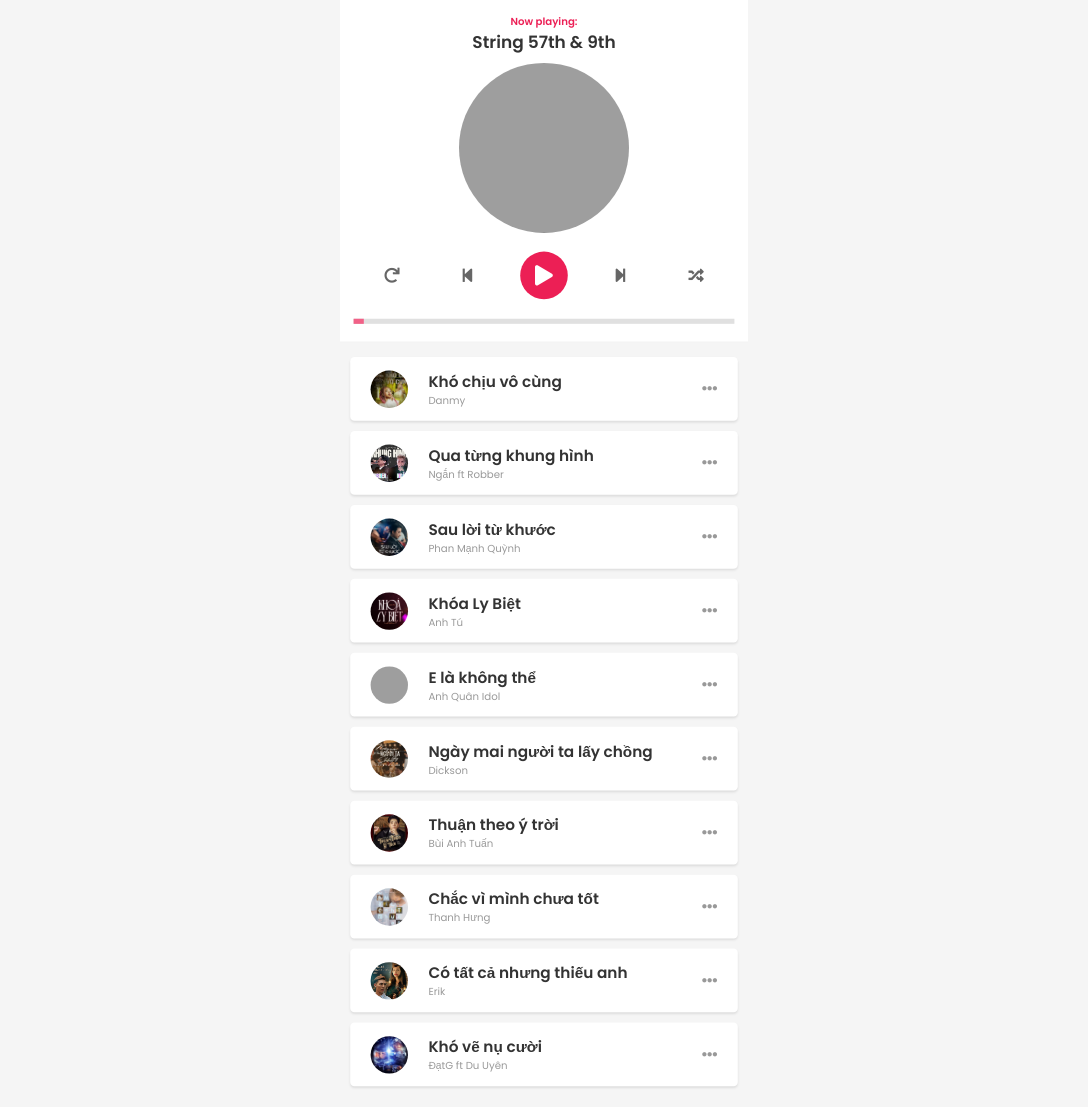
Repository: vothanhdiennn/music-player
Page: index.html
The author's editor kept a copy of each file at every save. The page is drawn from the files as they stood at one save, then again after the next save.
The browser window is 1280 px wide. The pictures show the whole page, at 85% of full size.
Pictures or frames that could not be fetched are drawn as grey boxes.

Above is the page before, as saved 2024-12-04 10:25:28.

### index.html
<!DOCTYPE html>
<html lang="en">
  <head>
    <meta charset="UTF-8" />
    <meta name="viewport" content="width=device-width, initial-scale=1.0" />
    <title>Music Player</title>
    <link rel="stylesheet" href="./assets/css/main.css" />
    <link
      rel="stylesheet"
      href="https://cdnjs.cloudflare.com/ajax/libs/font-awesome/5.15.2/css/all.min.css"
      integrity="sha512-HK5fgLBL+xu6dm/Ii3z4xhlSUyZgTT9tuc/hSrtw6uzJOvgRr2a9jyxxT1ely+B+xFAmJKVSTbpM/CuL7qxO8w=="
      crossorigin="anonymous"
    />
    <link rel="preconnect" href="https://fonts.gstatic.com" />
    <link
      href="https://fonts.googleapis.com/css2?family=Poppins:wght@300;400;600&display=swap"
      rel="stylesheet"
    />
  </head>
  <body>
    <div class="player">
      <!-- Dashboard -->
      <div class="dashboard">
        <!-- Header -->
        <header>
          <h4>Now playing:</h4>
          <h2>String 57th & 9th</h2>
        </header>

        <!-- CD -->
        <div class="cd">
          <div
            class="cd-thumb"
            style="
              background-image: url('https://i.ytimg.com/vi/jTLhQf5KJSc/maxresdefault.jpg');
            "
          ></div>
        </div>

        <!-- Control -->
        <div class="control">
          <div class="btn btn-repeat">
            <i class="fas fa-redo"></i>
          </div>
          <div class="btn btn-prev">
            <i class="fas fa-step-backward"></i>
          </div>
          <div class="btn btn-toggle-play">
            <i class="fas fa-pause icon-pause"></i>
            <i class="fas fa-play icon-play"></i>
          </div>
          <div class="btn btn-next">
            <i class="fas fa-step-forward"></i>
          </div>
          <div class="btn btn-random">
            <i class="fas fa-random"></i>
          </div>
        </div>

        <input
          id="progress"
          class="progress"
          type="range"
          value="0"
          step="1"
          min="0"
          max="100"
        />

        <audio id="audio" src=""></audio>
      </div>

      <!-- Playlist -->
      <div class="playlist"></div>
    </div>

    <!-- Design from: https://static.collectui.com/shots/3671744/musicloud-revolutionary-app-for-music-streaming-large -->

    <script src="./assets/js/app.js"></script>
  </body>
</html>

### assets/css/main.css
:root {
  --primary-color: #ec1f55;
  --text-color: #333;
}

* {
  padding: 0;
  margin: 0;
  box-sizing: inherit;
}

body {
  background-color: #f5f5f5;
}

html {
  box-sizing: border-box;
  font-family: "Poppins", sans-serif;
}

.player {
  position: relative;
  max-width: 480px;
  margin: 0 auto;
}

.player .icon-pause {
  display: none;
}

.player.playing .icon-pause {
  display: inline-block;
}

.player.playing .icon-play {
  display: none;
}

.dashboard {
  padding: 16px 16px 14px;
  background-color: #fff;
  position: fixed;
  top: 0;
  width: 100%;
  max-width: 480px;
  border-bottom: 1px solid #ebebeb;
}

/* HEADER */
header {
  text-align: center;
  margin-bottom: 10px;
}

header h4 {
  color: var(--primary-color);
  font-size: 12px;
}

header h2 {
  color: var(--text-color);
  font-size: 20px;
}

/* CD */
.cd {
  display: flex;
  margin: auto;
  width: 200px;
}

.cd-thumb {
  width: 100%;
  padding-top: 100%;
  border-radius: 50%;
  background-color: #333;
  background-size: cover;
  margin: auto;
}

/* CONTROL */
.control {
  display: flex;
  align-items: center;
  justify-content: space-around;
  padding: 18px 0 8px 0;
}

.control .btn {
  color: #666;
  padding: 18px;
  font-size: 18px;
}

.control .btn.active {
  color: var(--primary-color);
}

.control .btn-toggle-play {
  width: 56px;
  height: 56px;
  border-radius: 50%;
  font-size: 24px;
  color: #fff;
  display: flex;
  align-items: center;
  justify-content: center;
  background-color: var(--primary-color);
}

.progress {
  width: 100%;
  -webkit-appearance: none;
  height: 6px;
  background: #d3d3d3;
  outline: none;
  opacity: 0.7;
  -webkit-transition: 0.2s;
  transition: opacity 0.2s;
}

.progress::-webkit-slider-thumb {
  -webkit-appearance: none;
  appearance: none;
  width: 12px;
  height: 6px;
  background-color: var(--primary-color);
  cursor: pointer;
}

/* PLAYLIST */
.playlist {
  margin-top: 408px;
  padding: 12px;
}

.song {
  display: flex;
  align-items: center;
  margin-bottom: 12px;
  background-color: #fff;
  padding: 8px 16px;
  border-radius: 5px;
  box-shadow: 0 2px 3px rgba(0, 0, 0, 0.1);
}

.song.active {
  background-color: var(--primary-color);
}

.song:active {
  opacity: 0.8;
}

.song.active .option,
.song.active .author,
.song.active .title {
  color: #fff;
}

.song .thumb {
  width: 44px;
  height: 44px;
  border-radius: 50%;
  background-size: cover;
  margin: 0 8px;
}

.song .body {
  flex: 1;
  padding: 0 16px;
}

.song .title {
  font-size: 18px;
  color: var(--text-color);
}

.song .author {
  font-size: 12px;
  color: #999;
}

.song .option {
  padding: 16px 8px;
  color: #999;
  font-size: 18px;
}

### assets/js/app.js
/**
 * render songs
 * scroll top
 * play / pause / seek
 * cd rotate
 * next / prev
 * random
 * next / repeat when ended
 * active songs
 * scroll active song into view
 * play song when click
 */

const $ = document.querySelector.bind(document);
const $$ = document.querySelectorAll.bind(document);

const app = {
  currentIndex: 0,

  songs: [
    {
      name: "Khó chịu vô cùng",
      singer: "Danmy",
      path: "/assets/music/song1.mp3",
      image: "/assets/img/img1.png",
    },
    {
      name: "Qua từng khung hình",
      singer: "Ngắn ft Robber",
      path: "/assets/music/song2.mp3",
      image: "/assets/img/img2.png",
    },
    {
      name: "Sau lời từ khước",
      singer: "Phan Mạnh Quỳnh",
      path: "/assets/music/song3.mp3",
      image: "/assets/img/img3.jpg",
    },
    {
      name: "Khóa Ly Biệt",
      singer: "Anh Tú",
      path: "/assets/music/song4.mp3",
      image: "/assets/img/img4.jpg",
    },
    {
      name: "E là không thể",
      singer: "Anh Quân Idol",
      path: "/assets/music/song5.mp3",
      image: "/assets/img/img5.jpg",
    },
    {
      name: "Ngày mai người ta lấy chồng",
      singer: "Dickson",
      path: "/assets/music/song6.mp3",
      image: "/assets/img/img6.jpg",
    },
    {
      name: "Thuận theo ý trời",
      singer: "Bùi Anh Tuấn",
      path: "/assets/music/song7.mp3",
      image: "/assets/img/img7.jpg",
    },
    {
      name: "Chắc vì mình chưa tốt",
      singer: " Thanh Hưng",
      path: "/assets/music/song8.mp3",
      image: "/assets/img/img8.jpg",
    },
    {
      name: "Có tất cả nhưng thiếu anh",
      singer: "Erik",
      path: "/assets/music/song9.mp3",
      image: "/assets/img/img9.jpg",
    },
    {
      name: "Khó vẽ nụ cười",
      singer: "ĐạtG ft Du Uyên",
      path: "/assets/music/song10.mp3",
      image: "/assets/img/img10.jpg",
    },
  ],

  render: function () {
    const htmls = this.songs.map((song) => {
      return `
      <div class="song">
          <div
            class="thumb"
            style="background-image: url('${song.image}')">
          </div>
          <div class="body">
            <h3 class="title">${song.name}</h3>
            <p class="author">${song.singer}</p>
          </div>
          <div class="option">
            <i class="fas fa-ellipsis-h"></i>
          </div>
        </div>
      `;
    });
    $(".playlist").innerHTML = htmls.join("");
  },

  defineProperties: function () {
    Object.defineProperty(this, "currentSong", {
      get: function () {
        return this.songs[this.currentIndex];
      },
    });
  },

  handleEvents: function () {
    const cd = $(".cd");
    const cdWidth = cd.offsetWidth;

    document.onscroll = function () {
      const scrollTop = document.documentElement.scrollTop || window.scrollY;
      const newCdWidth = cdWidth - scrollTop;

      cd.style.width = newCdWidth > 0 ? newCdWidth + "px" : 0;
      cd.style.opacity = newCdWidth / cdWidth;
    };
  },

  loadCurrentSong: function () {
    const heading = $("header h2");
    const cdThumb = $(".cd-thumb");
    const audio = $("#audio");

    console.log(heading, cdThumb, audio);
  },

  start: function () {
    // định nghĩa các thuộc tính cho Object
    this.defineProperties();

    // lắng nghe và xử lý các sự kiện (DOM events)
    this.handleEvents();

    // tải thông tin bài hát đầu tiên vào UI khi chạy ứng dụng
    this.loadCurrentSong();

    // render playlist
    this.render();
  },
};
app.start();

After the next save:
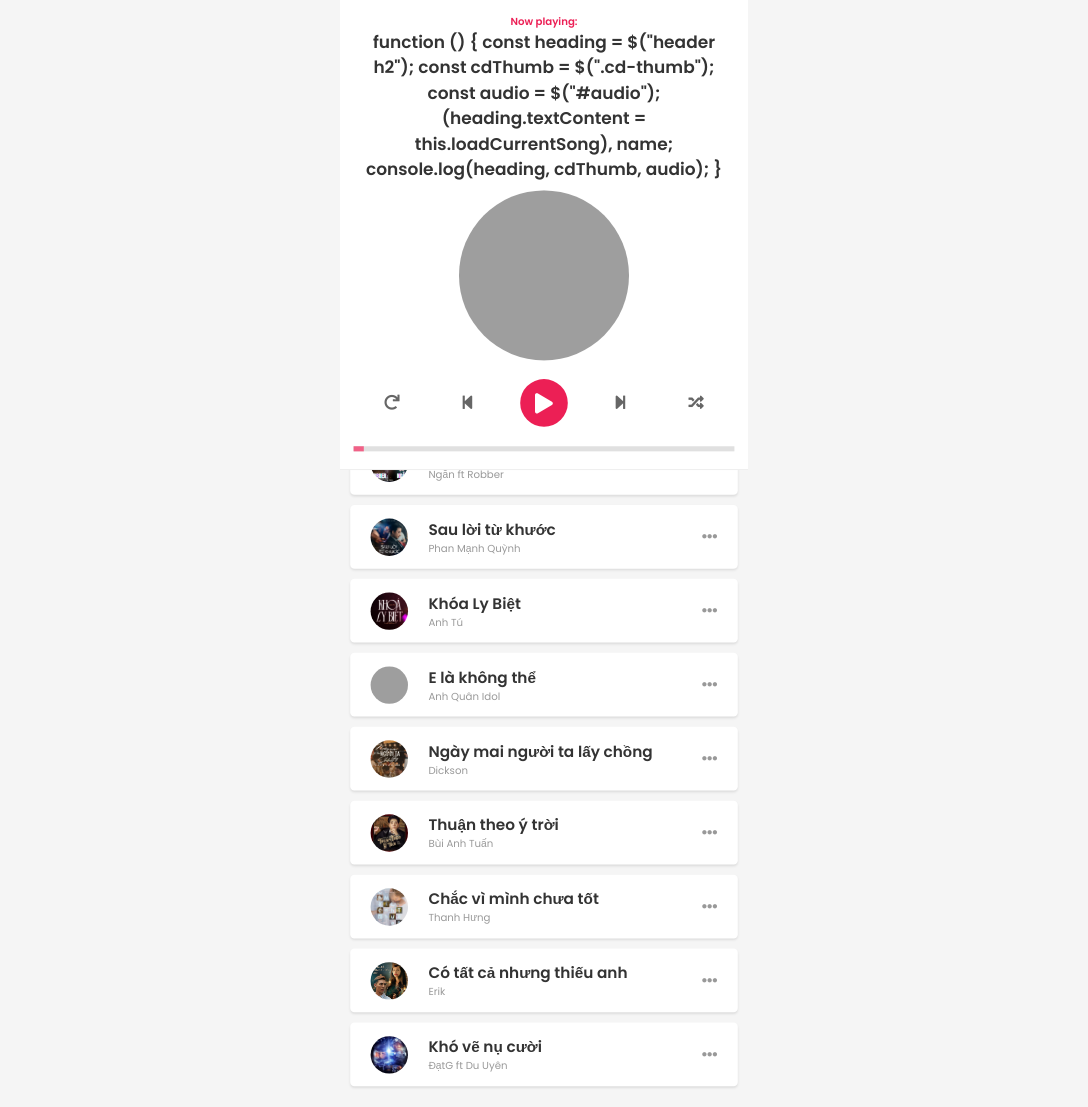
Saved 108 s later.
--- a/assets/js/app.js
+++ b/assets/js/app.js
@@ -127,6 +127,8 @@
     const cdThumb = $(".cd-thumb");
     const audio = $("#audio");
 
+    (heading.textContent = this.loadCurrentSong), name;
+
     console.log(heading, cdThumb, audio);
   },
 

After the save that followed:
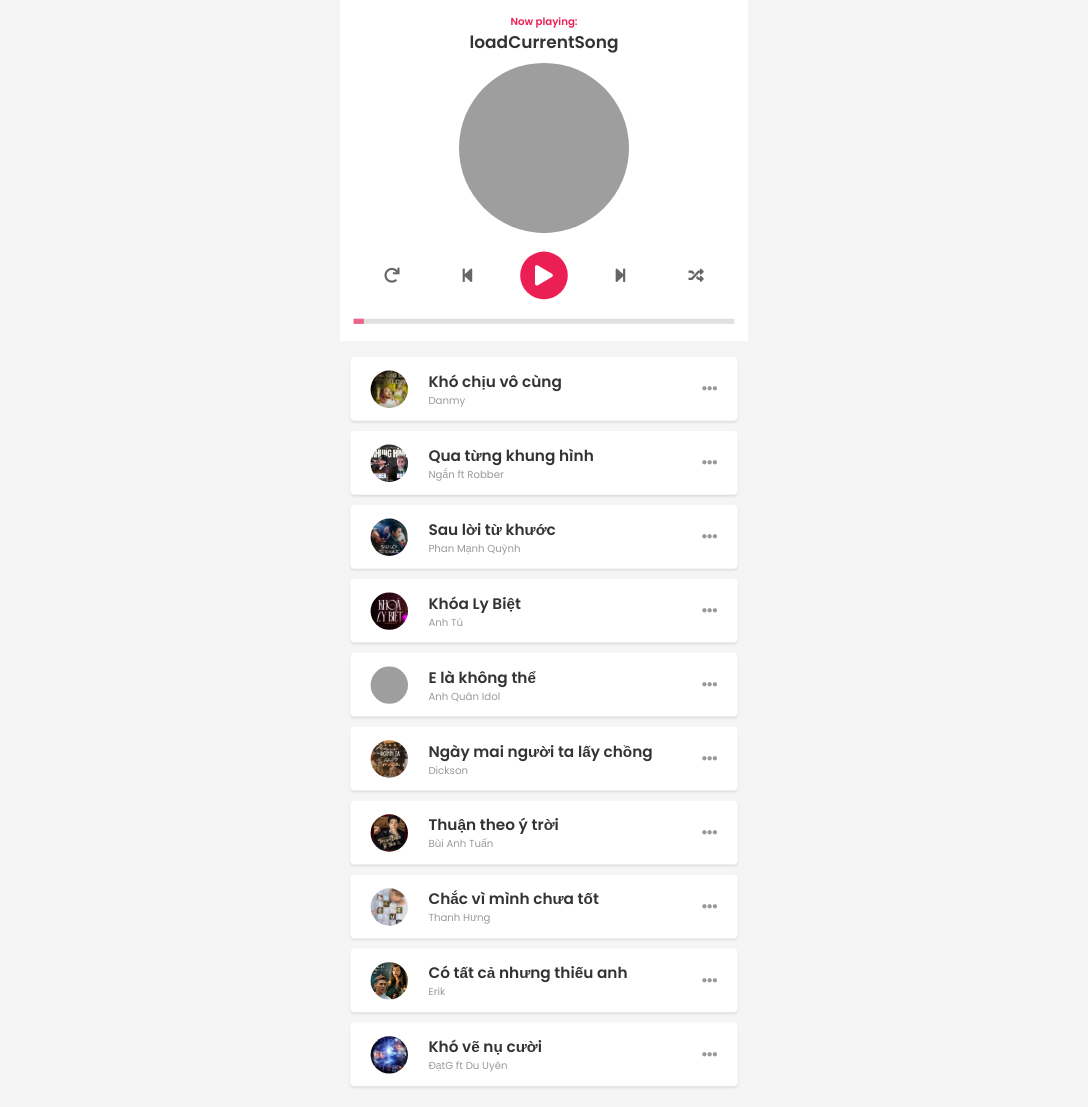
Saved 8 s later.
--- a/assets/js/app.js
+++ b/assets/js/app.js
@@ -127,7 +127,7 @@
     const cdThumb = $(".cd-thumb");
     const audio = $("#audio");
 
-    (heading.textContent = this.loadCurrentSong), name;
+    heading.textContent = this.loadCurrentSong.name;
 
     console.log(heading, cdThumb, audio);
   },
